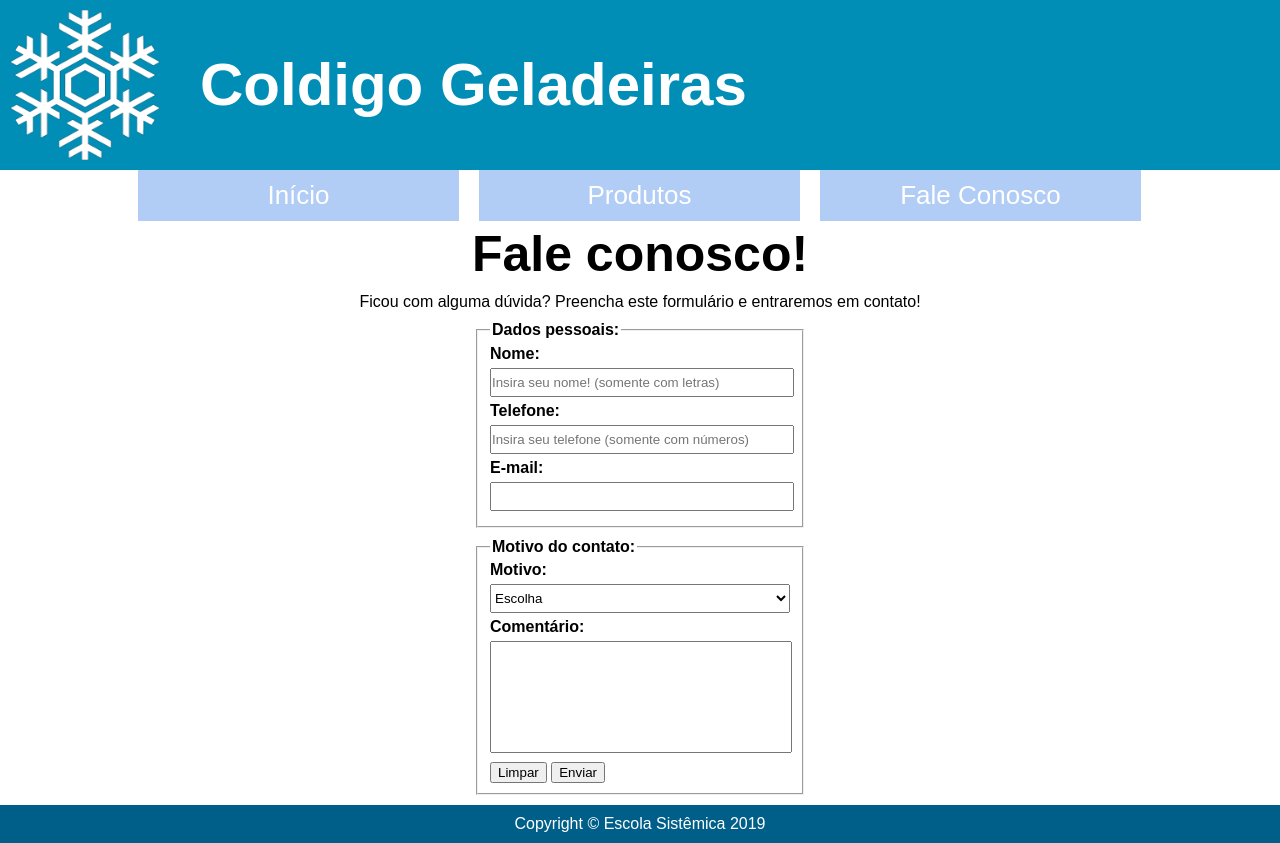
Repository: viniJulio/Coldigo
Page: ProjetoTrilhaWeb/WebContent/pages/site/faleconosco.html
The author's editor kept a copy of each file at every save. The page is drawn from the files as they stood at one save, then again after the next save.
The browser window is 1280 px wide. The pictures show the whole page.

Above is the page before, as saved 2023-03-08 00:20:14.

After the next save:
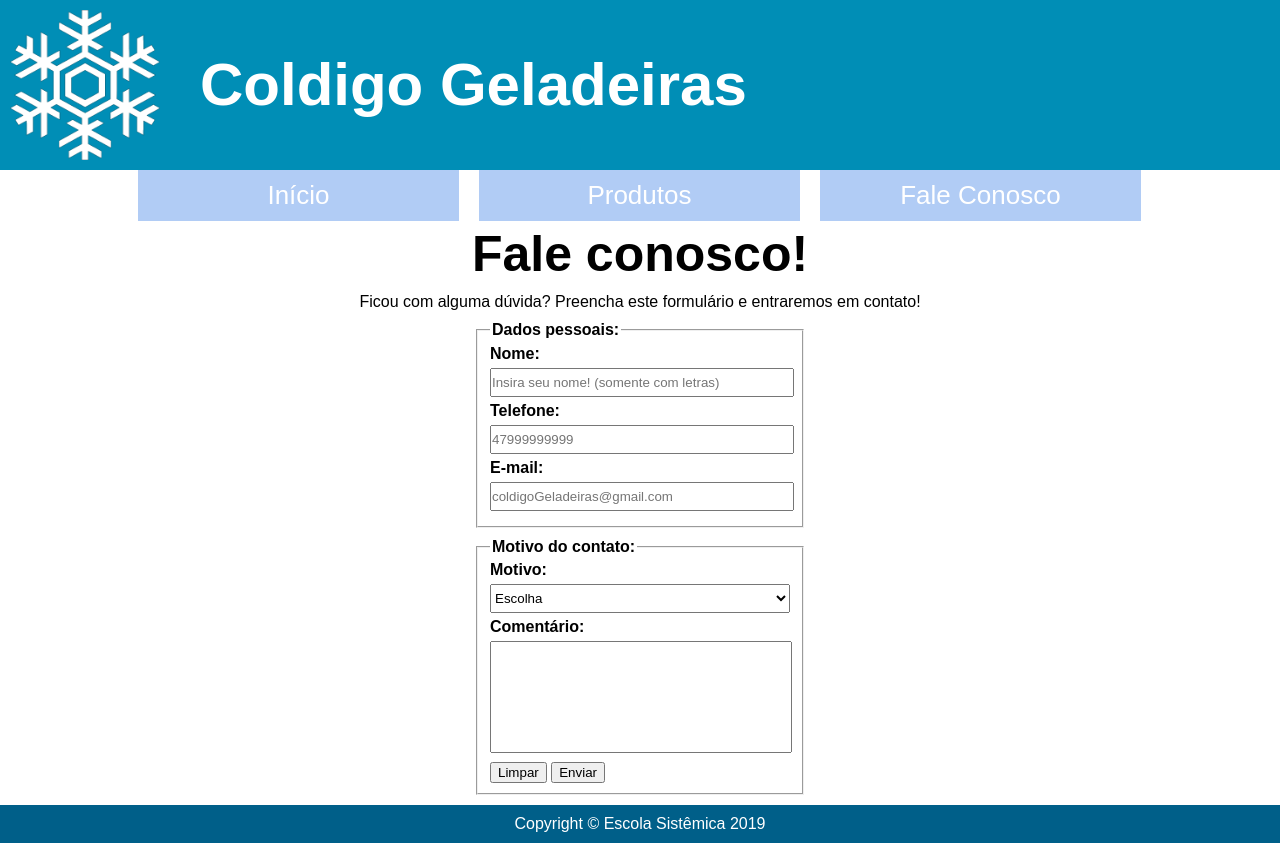
Saved 43 s later.
--- a/ProjetoTrilhaWeb/WebContent/pages/site/faleconosco.html
+++ b/ProjetoTrilhaWeb/WebContent/pages/site/faleconosco.html
@@ -27,8 +27,8 @@
 				<legend>Dados pessoais:</legend>
 				<label for="nome">Nome: </label> <input type="text" name="txtnome"
 					id="nome" pattern="[A-Za-z0-9]+" placeholder="Insira seu nome! (somente com letras)"> <label for="fone">Telefone: </label> <input
-					type="text" name="txtfone" id="fone" placeholder="Insira seu telefone (somente com números)"> <label for="email">E-mail:
-				</label> <input type="email" name="txtemail" id="email">
+					type="text" name="txtfone" id="fone" placeholder="47999999999"> <label for="email">E-mail:
+				</label> <input type="email" name="txtemail" id="email" placeholder="coldigoGeladeiras@gmail.com">
 			</fieldset>
 			<fieldset class="faleConosco">
 				<legend>Motivo do contato:</legend>
